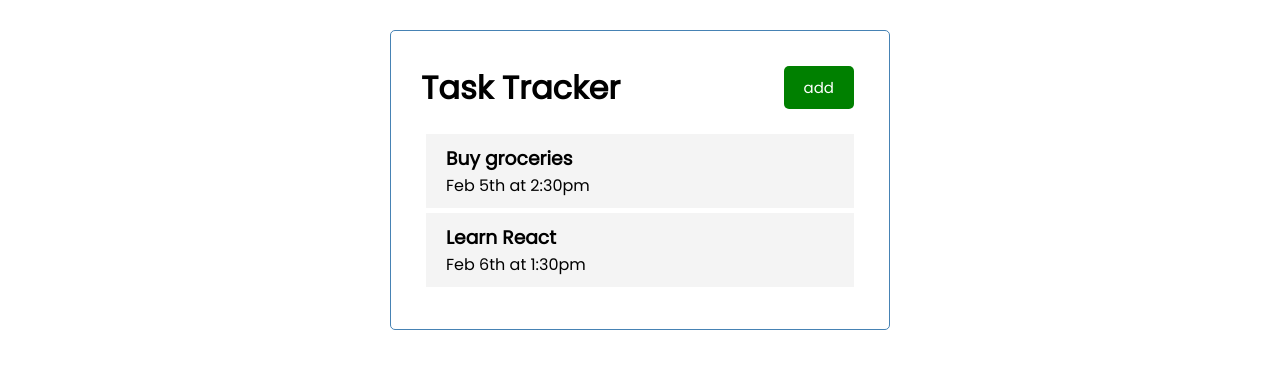
Repository: Samkiroko/task-tracker-app
Page: /
These files come from the project's save history. The page is drawn as it stood at one moment and after the next save; the edit follows.
The browser window is 1280 px wide. The pictures show the whole page.
The project was rebuilt for these pictures with package versions that can differ from the ones it lists, and the page was loaded fresh each time.

Above is the page before, as saved 2021-08-02 17:03:53.

After the next save:
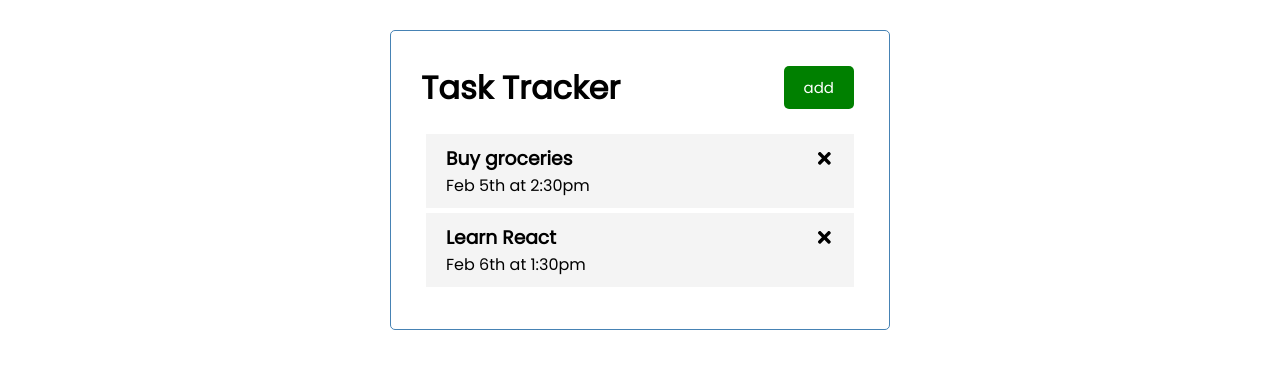
Saved 44 s later.
--- a/src/components/Task.js
+++ b/src/components/Task.js
@@ -4,7 +4,10 @@ import { FaTimes } from 'react-icons/fa';
 const Task = ({ task }) => {
   return (
     <div className="task">
-      <h3>{task.text}</h3>
+      <h3>
+        {task.text}
+        <FaTimes />
+      </h3>
       <p>{task.day}</p>
     </div>
   );
